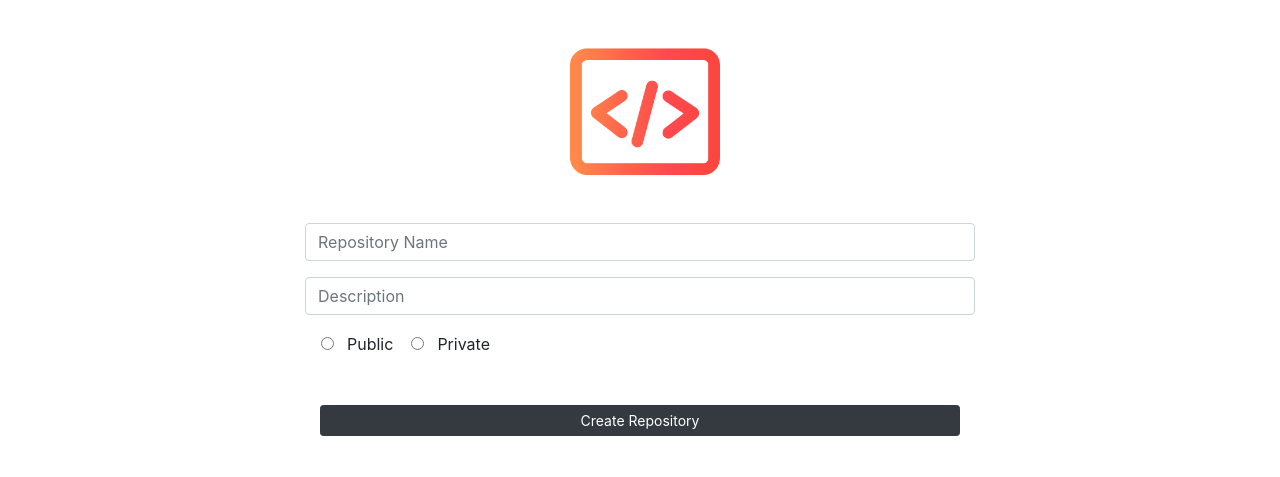
Repository: rashmikagamage/OAuth-Implementation
Page: /auth/github/callback (app in frontend/)
These files come from the project's save history. The page is drawn as it stood at one moment and after the next save; the edit follows.
The browser window is 1280 px wide. The pictures show the whole page.
Some web libraries are served in a nearby version. The project was rebuilt for these pictures with package versions that can differ from the ones it lists, and the page was loaded fresh each time. Also part of the build but not shown: frontend/src/css/twitter.css, frontend/src/components/login.js, frontend/src/components/twitter-home.js, frontend/src/components/login-git.js, frontend/src/App.css.

Above is the page before, as saved 2021-09-08 17:50:10.

### frontend/public/index.html
<!DOCTYPE html>
<html lang="en">
  <head>
    <meta charset="utf-8" />
    <link rel="icon" href="%PUBLIC_URL%/favicon.ico" />
    <meta name="viewport" content="width=device-width, initial-scale=1" />
    <meta name="theme-color" content="#000000" />
    <meta
      name="description"
      content="Web site created using create-react-app"
    />
    <link rel="apple-touch-icon" href="%PUBLIC_URL%/logo192.png" />
    <!--
      manifest.json provides metadata used when your web app is installed on a
      user's mobile device or desktop. See https://developers.google.com/web/fundamentals/web-app-manifest/
    -->
    <link rel="manifest" href="%PUBLIC_URL%/manifest.json" />
    <link rel="stylesheet" href="https://pro.fontawesome.com/releases/v5.13.0/css/all.css">
    <link rel="shortcut icon" href="%PUBLIC_URL%/favicon.ico">
    <!--
      Notice the use of %PUBLIC_URL% in the tags above.
      It will be replaced with the URL of the `public` folder during the build.
      Only files inside the `public` folder can be referenced from the HTML.

      Unlike "/favicon.ico" or "favicon.ico", "%PUBLIC_URL%/favicon.ico" will
      work correctly both with client-side routing and a non-root public URL.
      Learn how to configure a non-root public URL by running `npm run build`.
    -->
    <link rel="stylesheet" href="https://maxcdn.bootstrapcdn.com/bootstrap/4.0.0/css/bootstrap.min.css" integrity="sha384-Gn5384xqQ1aoWXA+058RXPxPg6fy4IWvTNh0E263XmFcJlSAwiGgFAW/dAiS6JXm" crossorigin="anonymous">
    <title>React App</title>

  </head>
  <body>

    <noscript>You need to enable JavaScript to run this app.</noscript>
    <div id="root"></div>
    <!--
      This HTML file is a template.
      If you open it directly in the browser, you will see an empty page.

      You can add webfonts, meta tags, or analytics to this file.
      The build step will place the bundled scripts into the <body> tag.

      To begin the development, run `npm start` or `yarn start`.
      To create a production bundle, use `npm run build` or `yarn build`.
    -->
    <script src="https://code.jquery.com/jquery-3.2.1.slim.min.js" integrity="sha384-KJ3o2DKtIkvYIK3UENzmM7KCkRr/rE9/Qpg6aAZGJwFDMVNA/GpGFF93hXpG5KkN" crossorigin="anonymous"></script>
    <script src="https://cdnjs.cloudflare.com/ajax/libs/popper.js/1.12.9/umd/popper.min.js" integrity="sha384-ApNbgh9B+Y1QKtv3Rn7W3mgPxhU9K/ScQsAP7hUibX39j7fakFPskvXusvfa0b4Q" crossorigin="anonymous"></script>
    <script src="https://maxcdn.bootstrapcdn.com/bootstrap/4.0.0/js/bootstrap.min.js" integrity="sha384-JZR6Spejh4U02d8jOt6vLEHfe/JQGiRRSQQxSfFWpi1MquVdAyjUar5+76PVCmYl" crossorigin="anonymous"></script>
  </body>
</html>

### frontend/src/App.js
import Login from './components/login';
import GitHome from './components/git-home';
import TwitterHome from './components/twitter-home';
import LoginGit from './components/login-git';
import {BrowserRouter as Router, Route} from "react-router-dom";
import './App.css';


function App() {
  return (

    <Router>{
      <div>
          <switch>
              <Route path="/login" component={Login}/>
              <Route path="/logingit" component={LoginGit}/>
              <Route path="/auth/github/callback" component={GitHome}/>
              <Route path="/twitterHome" component={TwitterHome}/>

          </switch>
      </div>
  }

  </Router>
  );
}

export default App;

### frontend/src/components/git-home.js
import "../css/git.css";
import code from "../images/code.png";
import React, { useState } from "react";
const axios = require("axios").default;

function GitHome(props) {
  function getRepos() {}
  return (
    <div class="main">
       <img src={code} alt="Avatar" class="img"></img>
      <form>
        <div class="form-group row mt-5">
          <input
            type="text"
            class="form-control"
            id="formGroupExampleInput"
            placeholder="Repository Name"
          ></input>
          <input
            type="text"
            class="form-control mt-3"
            id="formGroupExampleInput"
            placeholder="Description"
          ></input>
        </div>
        <table>
          <tr>
            <td>
              <div class="form-check">
                <input
                  class="form-check-input position-static"
                  type="radio"
                  name="public"
                  id="true"
                  value="option1"
                  aria-label="..."
                ></input>
              </div>
            </td>
            <td>
              <label class="form-check-label ml-1 mr-3" for="exampleRadios2">
                Public
              </label>
            </td>
            <td>
              <div class="form-check">
                <input
                  class="form-check-input position-static"
                  type="radio"
                  name="private"
                  id="false"
                  value="false"
                  aria-label="..."
                ></input>
              </div>
            </td>
            <td>
              <label class="form-check-label ml-1 mr-3" for="exampleRadios2">
                Private
              </label>
            </td>
          </tr>
        </table>
      </form>
      <button type="button" class="btn btn-dark btn-sm btn-block mt-5">Create Repository</button>
    </div>
  );
}

export default GitHome;

### frontend/src/css/git.css
.main{
  margin: auto;
  width: 50%;
}

.img{
    width: 150px;
    margin-left: 250px;
    margin-top:25px ;
}

Loaded but not shown: frontend/src/index.js (common file); frontend/src/index.css (common file); frontend/src/reportWebVitals.js (common file)

After the next save:
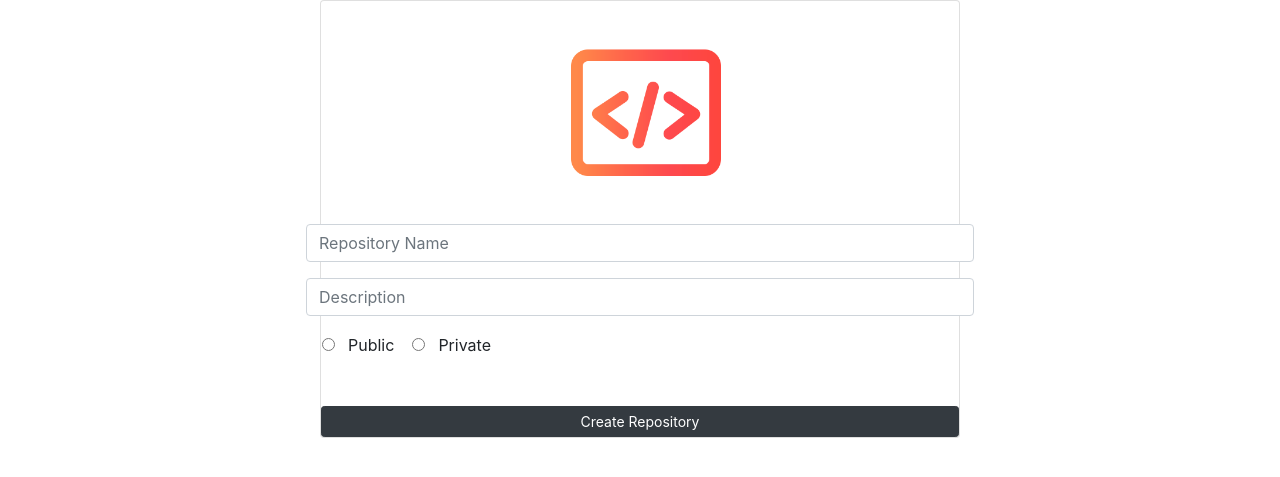
Saved 55 s later.
--- a/frontend/src/components/git-home.js
+++ b/frontend/src/components/git-home.js
@@ -6,7 +6,7 @@ const axios = require("axios").default;
 function GitHome(props) {
   function getRepos() {}
   return (
-    <div class="main">
+    <div class="main card">
        <img src={code} alt="Avatar" class="img"></img>
       <form>
         <div class="form-group row mt-5">
